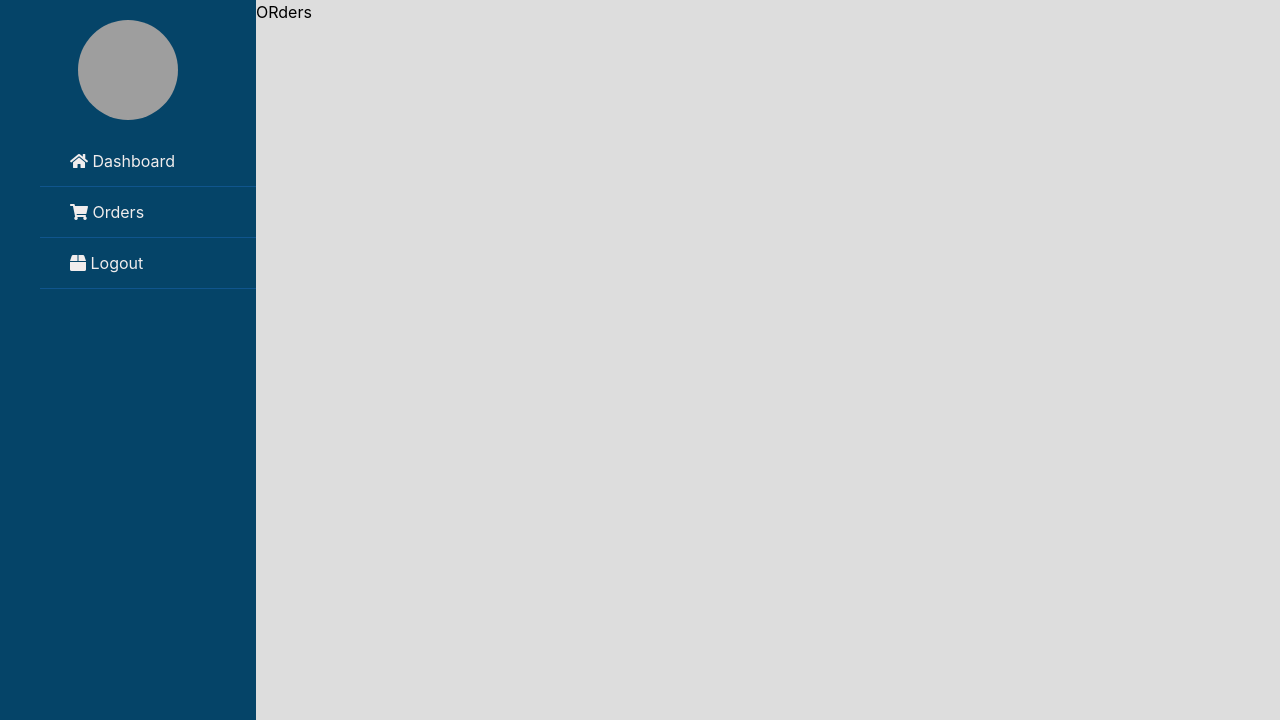
Repository: cjaymoni/FE_Submission02
Page: http://localhost/orders
An editor plug-in stored every save of this project. The page is shown before and after the next save, followed by the edit.
The browser window is 1280 px wide. The pictures show the whole page.
Pictures or frames that could not be fetched are drawn as grey boxes. Some web libraries are served in a nearby version. The page is run by PHP 8.4 with error messages shown; the project is at /var/www/html/.

Above is the page before, as saved 2022-09-29 14:42:40.

After the next save:
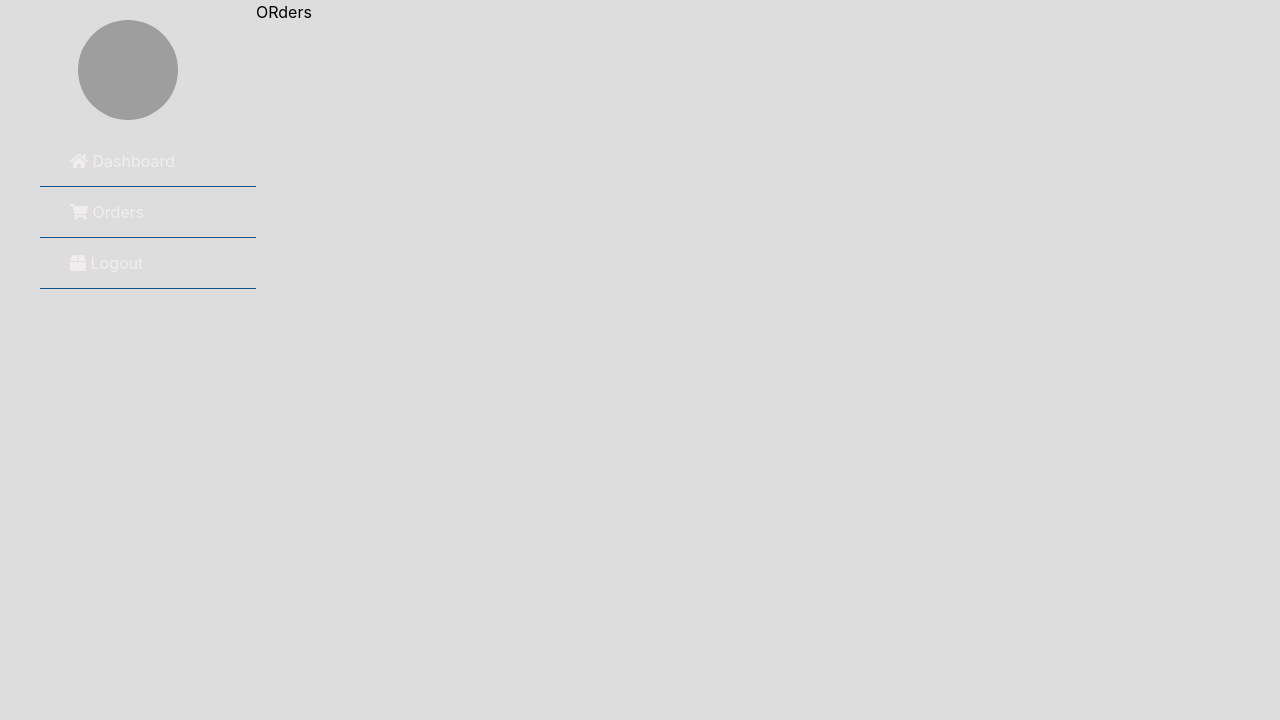
Saved 5 min 2 s later.
--- a/css/styles.css
+++ b/css/styles.css
@@ -101,7 +101,7 @@ input[type=password] {
 
 
 .sidebar {
-    background: rgb(5, 68, 104);
+    background-color: #dddddd;
     position: fixed;
     top: 0;
     left: 0;
@@ -129,8 +129,7 @@ input[type=password] {
 
 .sidebar ul li {
     list-style: none;
-    /* margin: 15px 0;
-    padding: 0; */
+
 }
 
 .sidebar ul li a {
